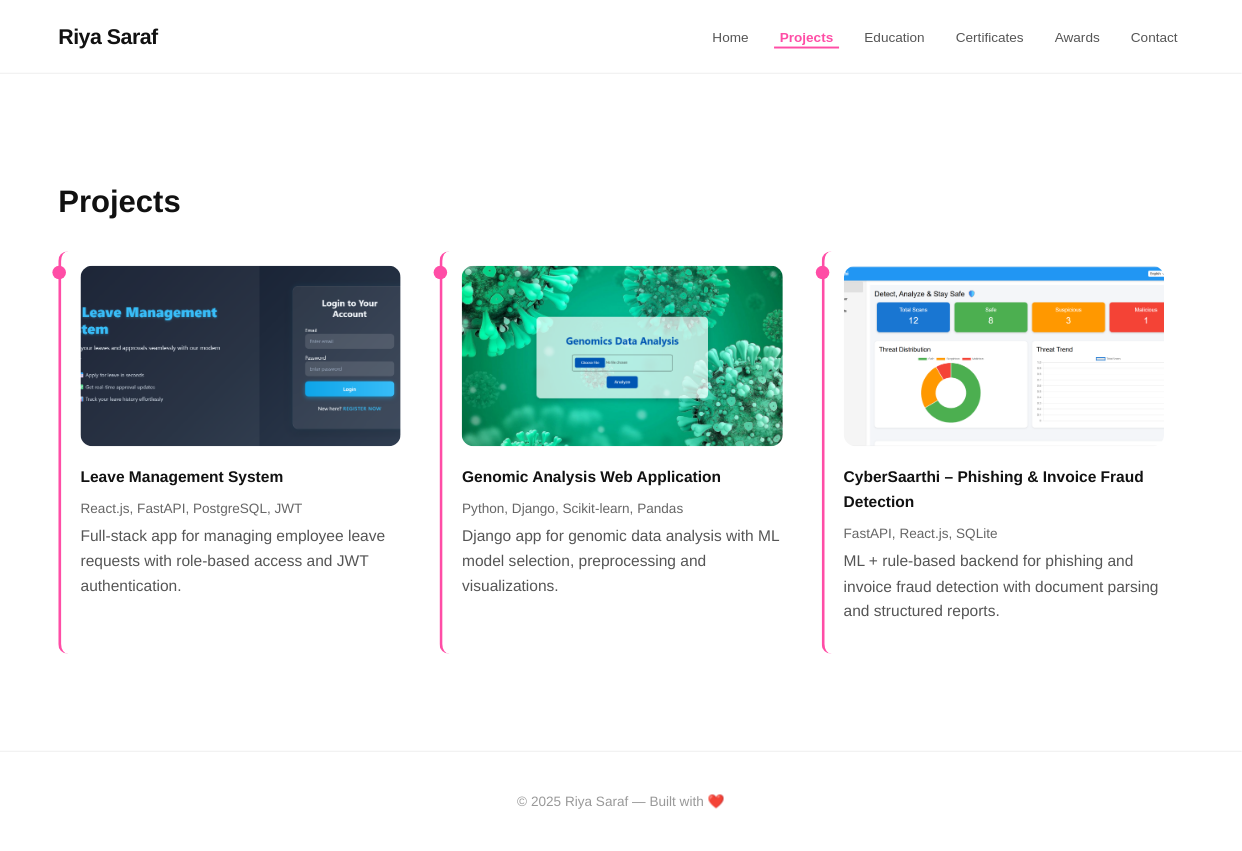
Repository: riyaaaa19/riya-portfolio
Page: /, after clicking the first element matching `nav > :nth-child(2)`
The author's editor kept a copy of each file at every save. The page is drawn from the files as they stood at one save, then again after the next save.
The browser window is 1280 px wide. The pictures show the whole page, at 97% of full size.
The project was rebuilt for these pictures with package versions that can differ from the ones it lists, and the page was loaded fresh each time.

Above is the page before, as saved 2025-09-13 15:51:06.

After the next save:
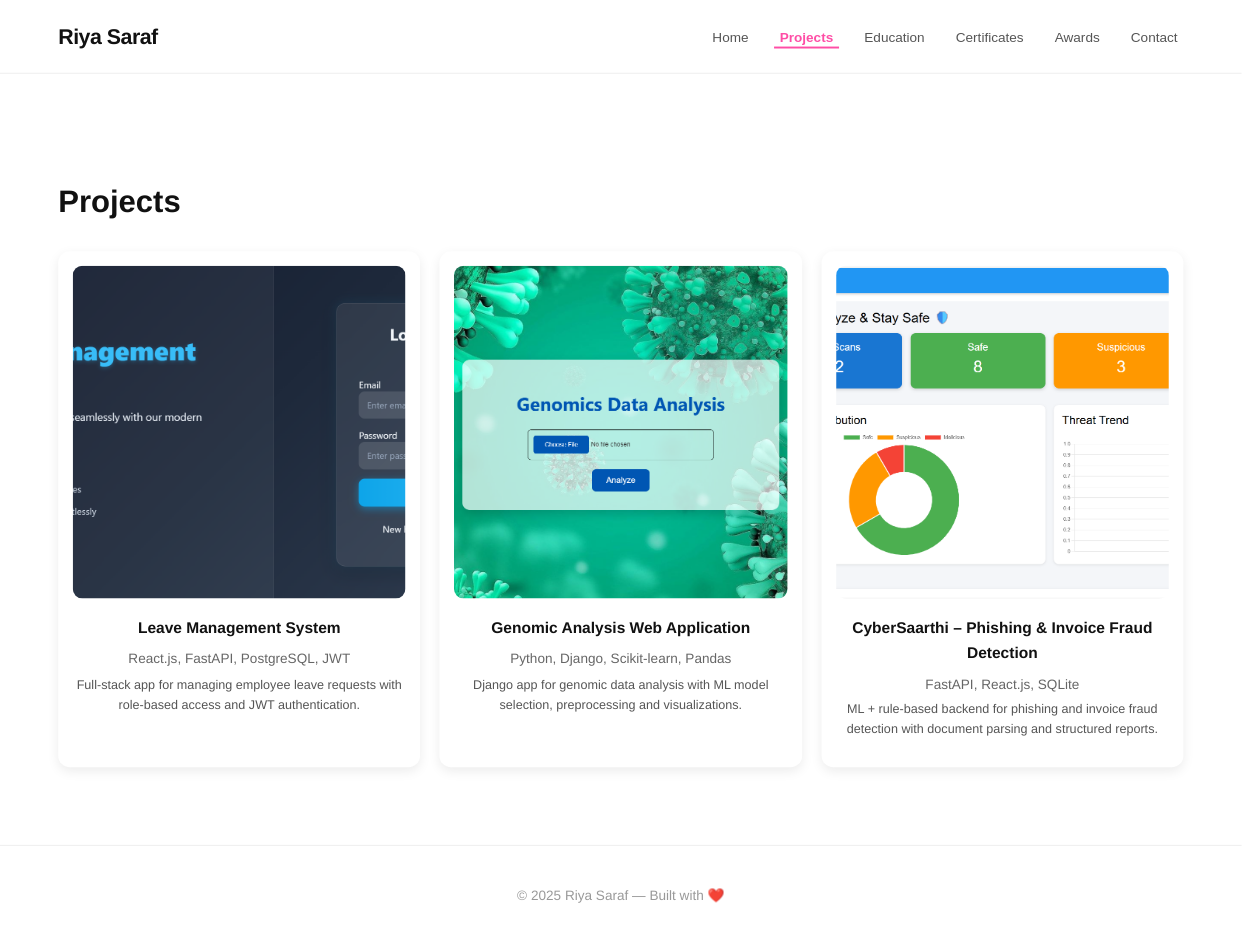
Saved 18 s later.
--- a/src/components/TimelineCard.js
+++ b/src/components/TimelineCard.js
@@ -6,25 +6,25 @@ export default function TimelineCard({ icon, title, subtitle, year, score, img,
   if (type === "project") {
     imageStyle = {
       width: "100%",
-      aspectRatio: "16/9",   // ✅ fixed widescreen
-      objectFit: "cover",    // crop extra parts
-      borderRadius: "12px",
-      marginBottom: "12px",
+      aspectRatio: "1/1", // ✅ square
+      objectFit: "cover",
+      borderRadius: "10px",
+      marginBottom: "10px",
     };
   } else if (type === "certificate" || type === "award") {
     imageStyle = {
       width: "100%",
-      aspectRatio: "4/3",    // ✅ like A4 paper
-      objectFit: "contain",  // show full certificate
+      aspectRatio: "4/3", // ✅ like A4
+      objectFit: "contain",
+      background: "#f8f8f8",
       borderRadius: "10px",
       marginBottom: "10px",
-      background: "#f8f8f8", // light bg for transparent areas
       padding: "6px",
     };
   }
 
   const baseStyle =
-    type === "certificate" || type === "award"
+    type === "certificate" || type === "award" || type === "project"
       ? {
           background: "#fff",
           padding: "15px",
@@ -45,15 +45,15 @@ export default function TimelineCard({ icon, title, subtitle, year, score, img,
   return (
     <div
       style={baseStyle}
-      onMouseOver={(e) => (e.currentTarget.style.transform = "scale(1.02)")}
+      onMouseOver={(e) => (e.currentTarget.style.transform = "scale(1.03)")}
       onMouseOut={(e) => (e.currentTarget.style.transform = "scale(1)")}
     >
       {img && <img src={img} alt={title} style={imageStyle} />}
       <h4 style={{ margin: "0 0 8px 0", fontSize: "16px", fontWeight: "600" }}>{title}</h4>
       {subtitle && <p style={{ margin: 0, color: "#666", fontSize: "14px" }}>{subtitle}</p>}
       {year && <p style={{ margin: "4px 0", fontSize: "13px", color: "#999" }}>{year}</p>}
-      {score && <p style={{ marginTop: "5px", fontWeight: "500" }}>{score}</p>}
-      {!(type === "certificate" || type === "award") && (
+      {score && <p style={{ marginTop: "5px", fontSize: "13px", color: "#444" }}>{score}</p>}
+      {type === "education" && (
         <span
           style={{
             position: "absolute",
